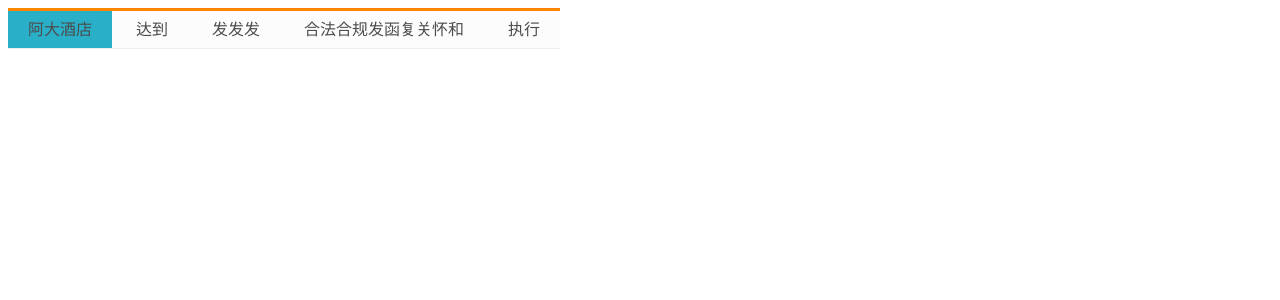
Repository: TheBestBadGuy0228/code
Page: 新浪导航栏.html
These files come from the project's save history. The page is drawn as it stood at one moment and after the next save; the edit follows.
The browser window is 1280 px wide. The pictures show the whole page.
The pointer rests on the first visible `a`.

Above is the page before, as saved 2021-11-24 13:53:36.

### 新浪导航栏.html
<!-- /*
 * @Author: Xiao
 * @Date: 2021-11-24 11:18:16
 * @Last Modified by:   Xiao
 * @Last Modified time: 2021-11-24 11:18:16
 */ -->
<!DOCTYPE html>
<html lang="en">
<head>
    <meta charset="UTF-8">
    <meta http-equiv="X-UA-Compatible" content="IE=edge">
    <meta name="viewport" content="width=device-width, initial-scale=1.0">
    <title>新浪导航栏</title>
    <style>
        .nav {
            display: inline-block;
            border-top: 3px solid #ff8500;
            border-bottom: 1px solid #edeef0;
            height: 37px;
            background-color: #fcfcfc;
            line-height: 37px;
        }

        .nav a {
            text-decoration: none;
            color: #4c4c4c;
            padding: 0 20px;
            display: inline-block;
        }

        a:hover {
            background-color: rgb(42, 175, 201);
            line-height: 37px;
        }
    </style>
</head>
<body>
    <div class="nav">
        <a href="#">阿大酒店</a>
        <a href="##">达到</a>
        <a href="###">发发发</a>
        <a href="####">合法合规发函复关怀和</a>
        <a href="#####">执行</a>
    </div>
</body>
</html>

After the next save:
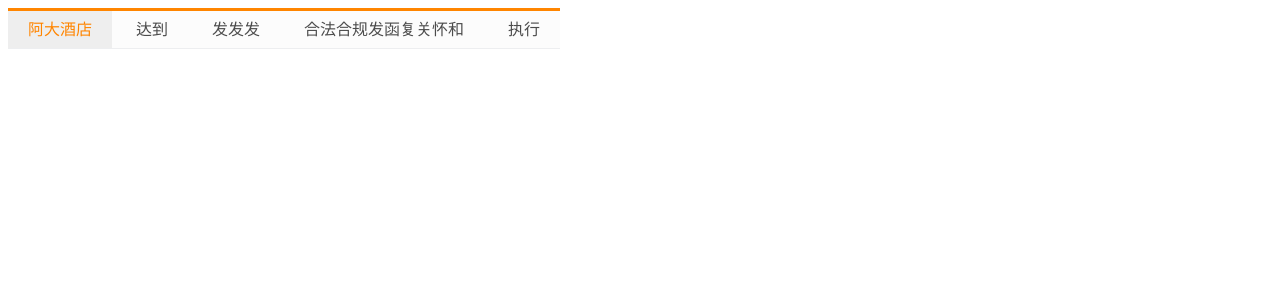
Saved 3 min 17 s later.
--- a/新浪导航栏.html
+++ b/新浪导航栏.html
@@ -29,8 +29,9 @@
         }
 
         a:hover {
-            background-color: rgb(42, 175, 201);
+            background-color: #eee;
             line-height: 37px;
+            color: #ff8500;
         }
     </style>
 </head>
